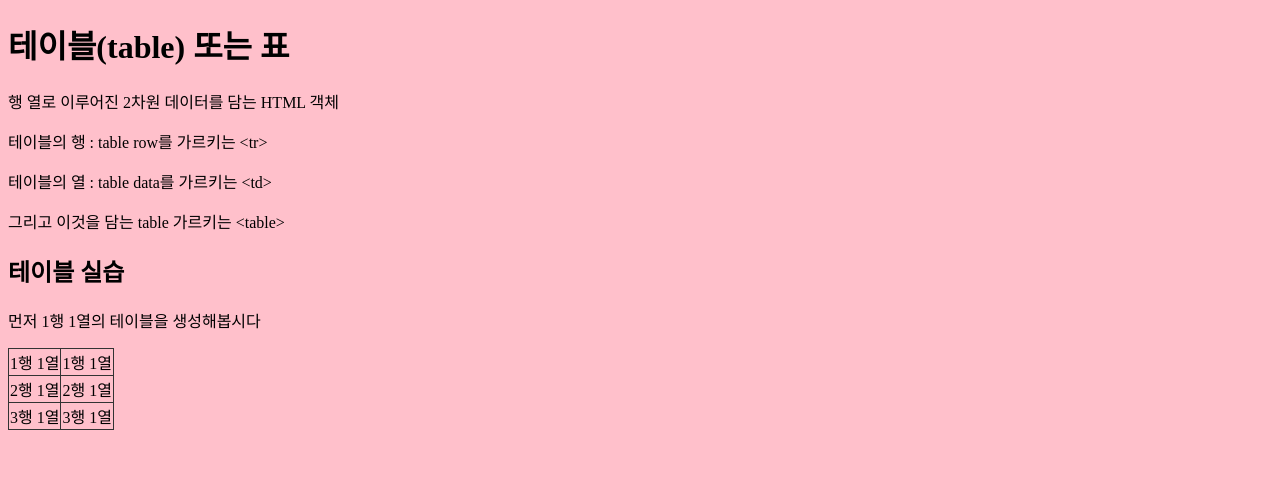
Repository: kmh9964/view
Page: workspace/studyhtml5/src/main/webapp/docs/first.html
An editor plug-in stored every save of this project. The page is shown before and after the next save, followed by the edit.
The browser window is 1280 px wide. The pictures show the whole page.

Above is the page before, as saved 2022-12-15 06:22:34.

### workspace/studyhtml5/src/main/webapp/docs/first.html
<!doctype html>
<html lang="en">
<head>
<meta charset="UTF-8" />
<title>표</title>
<link rel="stylesheet" href="../css/main.css" />
</head>
<body>
	<h1>테이블(table) 또는 표</h1>
	<p>행 열로 이루어진 2차원 데이터를 담는 HTML 객체<p>
	<p>테이블의 행 : table row를 가르키는 &lt;tr&gt;</p> <!-- &은 그냥 특수 문자,lt 작다,gt는 크다라는 뜻 -->
	<p>테이블의 열 : table data를 가르키는 &lt;td&gt;</p>
	<p>그리고 이것을 담는 table 가르키는 &lt;table&gt;</p>
	<h2>테이블 실습</h2>
	<p>먼저 1행 1열의 테이블을 생성해봅시다</p>

	<table>
		<tr> <!-- 행 -->
			<td>1행 1열</td><td>1행 1열</td> <!-- 열 -->
		</tr>
		<tr> <!-- 행 -->
			<td>2행 1열</td><td>2행 1열</td> <!-- 열 -->
		</tr>
		<tr> <!-- 행 -->
			<td>3행 1열</td><td>3행 1열</td> <!-- 열 -->
		</tr>
	</table>



</body>
</html>

### workspace/studyhtml5/src/main/webapp/css/main.css
@charset "UTF-8";

body {
	background: pink;
}

/* css 선택자
		-- 자주 쓰는것 : 1~5
		1)공용 선택자 : *
		2) 태그 선택자 :p
		3)클래스 선택자 : .text
		4) 아이디 선택자 :




*/

table, td {
		border :  1px solid #333;   /* 선의 두께, 선의 종류, 선의 색상 */
		border-collapse: collapse;  /* 테두리-겹침: 겹쳐라 */
}

After the next save:
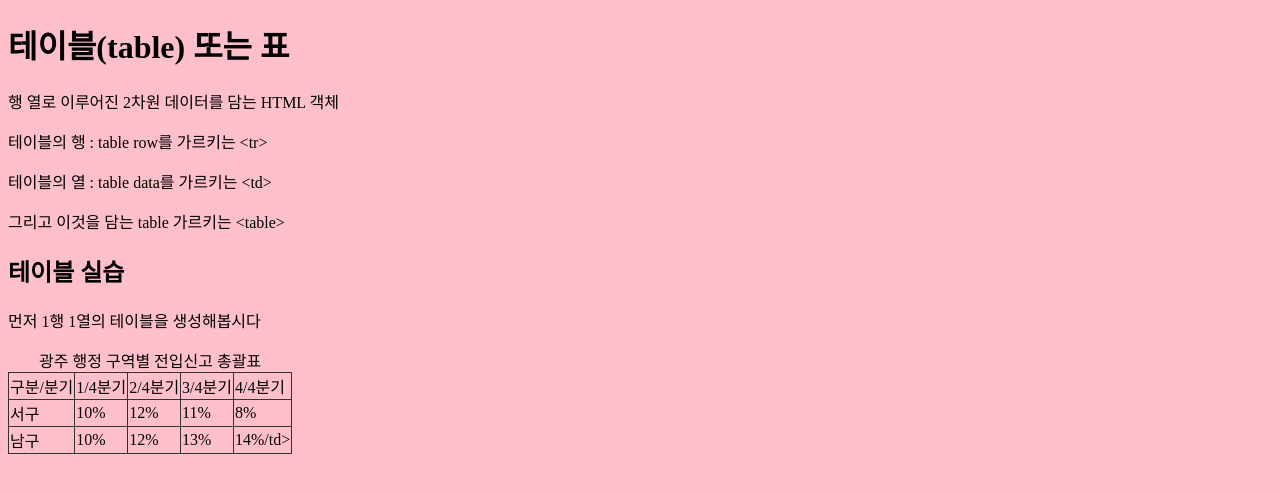
Saved 3 min 37 s later.
--- a/workspace/studyhtml5/src/main/webapp/docs/first.html
+++ b/workspace/studyhtml5/src/main/webapp/docs/first.html
@@ -15,14 +15,15 @@
 	<p>먼저 1행 1열의 테이블을 생성해봅시다</p>
 
 	<table>
+		<caption>광주 행정 구역별 전입신고 총괄표</caption> <!-- 테이블 이름 넣어줄때 -->
 		<tr> <!-- 행 -->
-			<td>1행 1열</td><td>1행 1열</td> <!-- 열 -->
+			<td>구분/분기</td><td>1/4분기</td><td>2/4분기</td><td>3/4분기</td><td>4/4분기</td> <!-- 열 -->
 		</tr>
 		<tr> <!-- 행 -->
-			<td>2행 1열</td><td>2행 1열</td> <!-- 열 -->
+			<td>서구</td><td>10%</td><td>12%</td><td>11%</td><td>8%</td> <!-- 열 -->
 		</tr>
 		<tr> <!-- 행 -->
-			<td>3행 1열</td><td>3행 1열</td> <!-- 열 -->
+			<td>남구</td><td>10%</td><td>12%</td><td>13%</td><td>14%/td> <!-- 열 -->
 		</tr>
 	</table>
 
